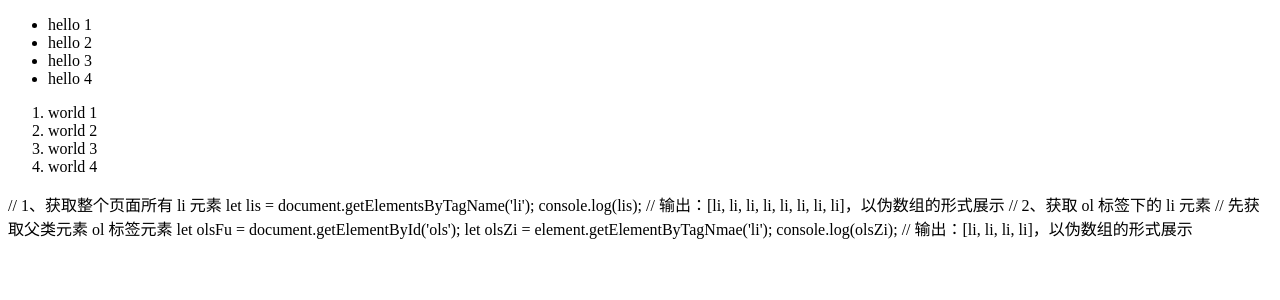
Repository: zhongmoumou/Codes
Page: 测试.html
The author's editor kept a copy of each file at every save. The page is drawn from the files as they stood at one save, then again after the next save.
The browser window is 1280 px wide. The pictures show the whole page.

Above is the page before, as saved 2021-12-08 09:46:13.

### 测试.html
<!DOCTYPE html>
<html lang="en">
<head>
  <meta charset="UTF-8">
  <meta http-equiv="X-UA-Compatible" content="IE=edge">
  <meta name="viewport" content="width=device-width, initial-scale=1.0">
  <title>Document</title>
  <script src="测试.js"></script>
</head>
<body>
  <ul>
    <li>hello 1</li>
    <li>hello 2</li>
    <li>hello 3</li>
    <li>hello 4</li>
  </ul>

  <ol id="ols">
    <li>world 1</li>
    <li>world 2</li>
    <li>world 3</li>
    <li>world 4</li>
  </ol>

  <script>

  </script>
</body>


// 1、获取整个页面所有 li 元素
let lis = document.getElementsByTagName('li');

console.log(lis);  // 输出：[li, li, li, li, li, li, li, li]，以伪数组的形式展示

// 2、获取 ol 标签下的 li 元素
// 先获取父类元素 ol 标签元素
let olsFu = document.getElementById('ols');

let olsZi = element.getElementByTagNmae('li');
console.log(olsZi);  // 输出：[li, li, li, li]，以伪数组的形式展示
</html>

Loaded but not shown: 测试.js (no stored copy; drawn as an empty file)

After the next save:
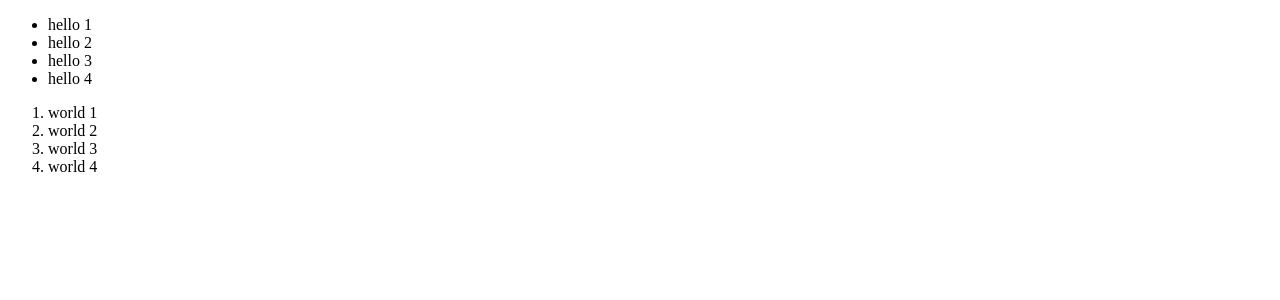
Console error: ReferenceError: element is not defined
Saved 6 s later.
--- a/测试.html
+++ b/测试.html
@@ -23,12 +23,7 @@
   </ol>
 
   <script>
-
-  </script>
-</body>
-
-
-// 1、获取整个页面所有 li 元素
+    // 1、获取整个页面所有 li 元素
 let lis = document.getElementsByTagName('li');
 
 console.log(lis);  // 输出：[li, li, li, li, li, li, li, li]，以伪数组的形式展示
@@ -39,4 +34,9 @@ let olsFu = document.getElementById('ols');
 
 let olsZi = element.getElementByTagNmae('li');
 console.log(olsZi);  // 输出：[li, li, li, li]，以伪数组的形式展示
+  </script>
+</body>
+
+
+
 </html>
